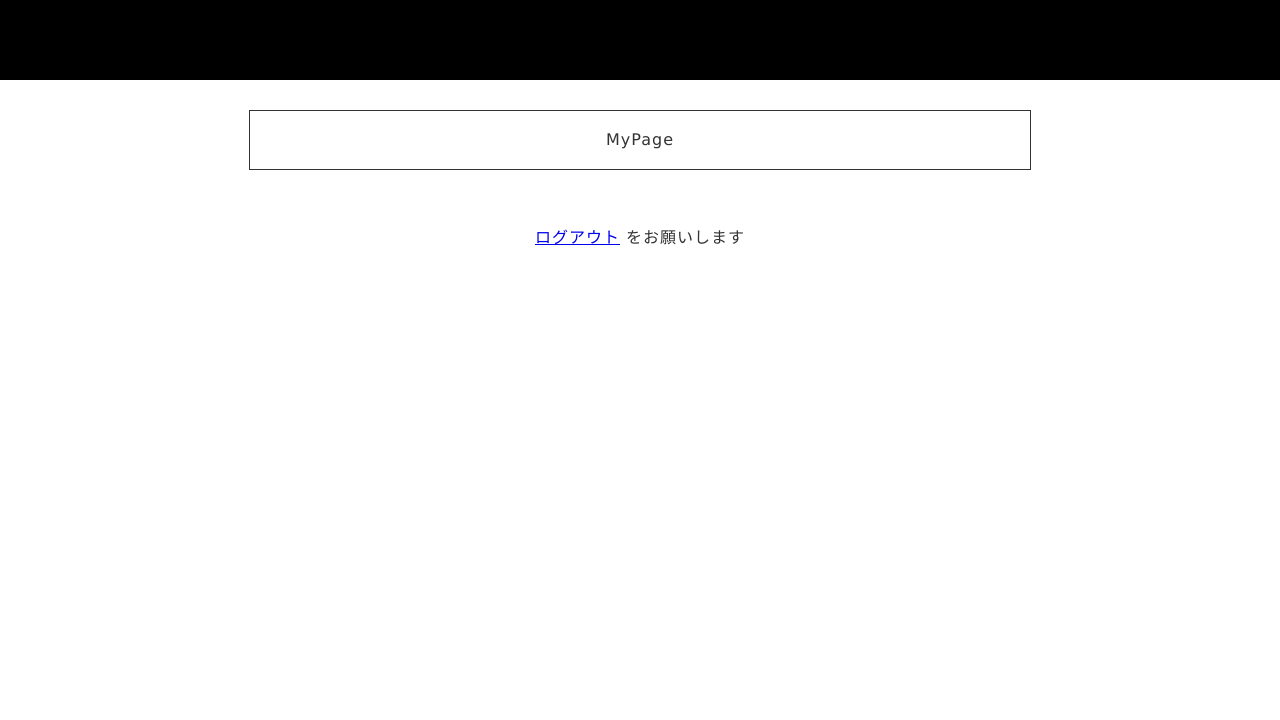
Repository: kousuke-2047/test
Page: http://localhost/template/myPage.jsp
These files come from the project's save history. The page is drawn as it stood at one moment and after the next save; the edit follows.
The browser window is 1280 px wide. The pictures show the whole page.
The page is served by Tomcat 9.

Above is the page before, as saved 2018-05-30 01:47:41.

After the next save:
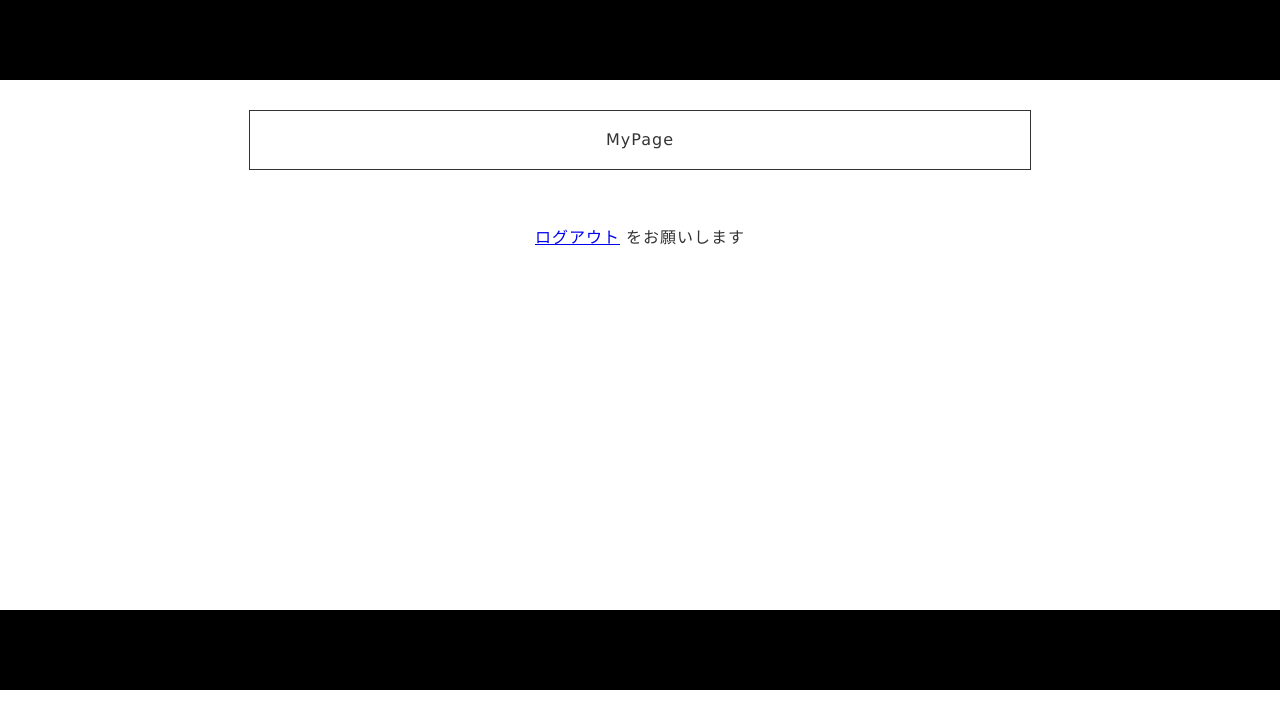
Saved 82 s later.
--- a/template/WebContent/myPage.jsp
+++ b/template/WebContent/myPage.jsp
@@ -96,6 +96,9 @@
 				</div>
 			</div>
 		</div>
+		<div id ="footer">
+			<div id = "pr"></div>
+		</div>
 
 </body>
 </html>
